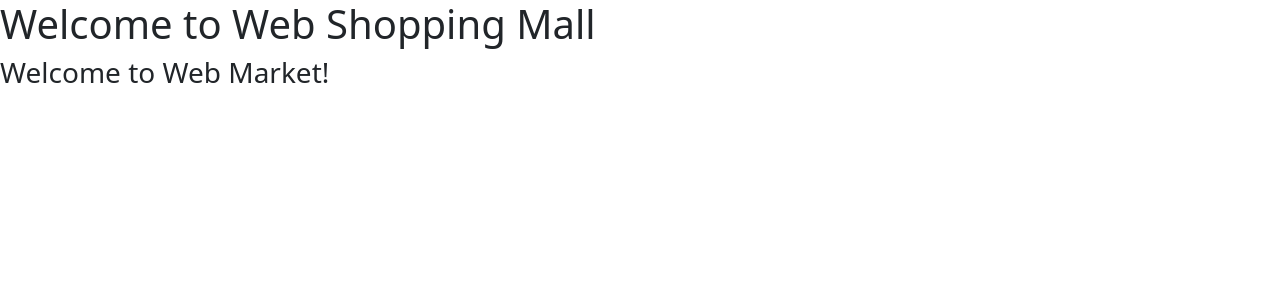
Repository: ekslffh/jsp-project
Page: http://localhost/WebMarket/welcome.jsp
An editor plug-in stored every save of this project. The page is shown before and after the next save, followed by the edit.
The browser window is 1280 px wide. The pictures show the whole page.
The page is served by Tomcat 9. Other server files are loaded and not shown.

Above is the page before, as saved 2022-06-30 16:31:07.

### WebMarket/src/main/webapp/welcome.jsp
<html>
<head>
<link href="https://cdn.jsdelivr.net/npm/bootstrap@5.1.3/dist/css/bootstrap.min.css" rel="stylesheet" integrity="sha384-1BmE4kWBq78iYhFldvKuhfTAU6auU8tT94WrHftjDbrCEXSU1oBoqyl2QvZ6jIW3" crossorigin="anonymous">
<title>Welcome</title>
</head>
<body>
	<%!
		String greeting = "Welcome to Web Shopping Mall";
		String tagline = "Welcome to Web Market!";
	%>
	<h1> <%= greeting %> </h1>
	<h3> <%= tagline %> </h3>
</body>
</html>

After the next save:
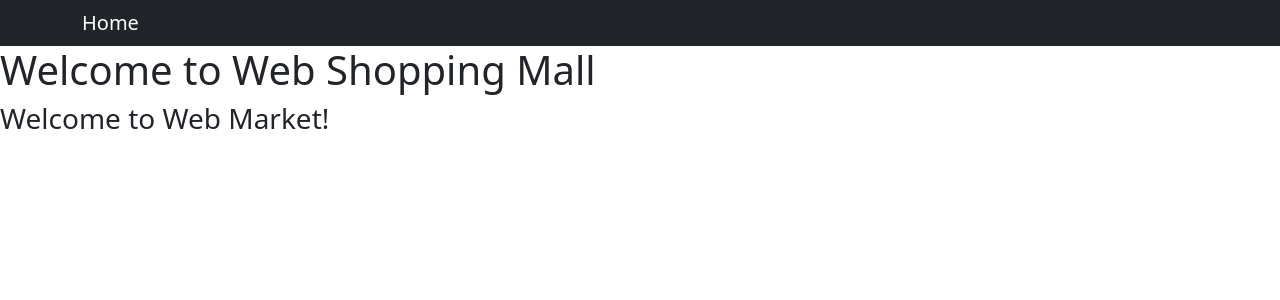
Saved 118 s later.
--- a/WebMarket/src/main/webapp/welcome.jsp
+++ b/WebMarket/src/main/webapp/welcome.jsp
@@ -4,6 +4,13 @@
 <title>Welcome</title>
 </head>
 <body>
+	<nav class = "navbar navbar-expand navbar-dark bg-dark">
+		<div class = "container">
+			<div class = "navbar-header">
+				<a class = "navbar-brand" href="./welcome.jsp">Home</a>
+			</div>
+		</div>
+	</nav>
 	<%!
 		String greeting = "Welcome to Web Shopping Mall";
 		String tagline = "Welcome to Web Market!";
